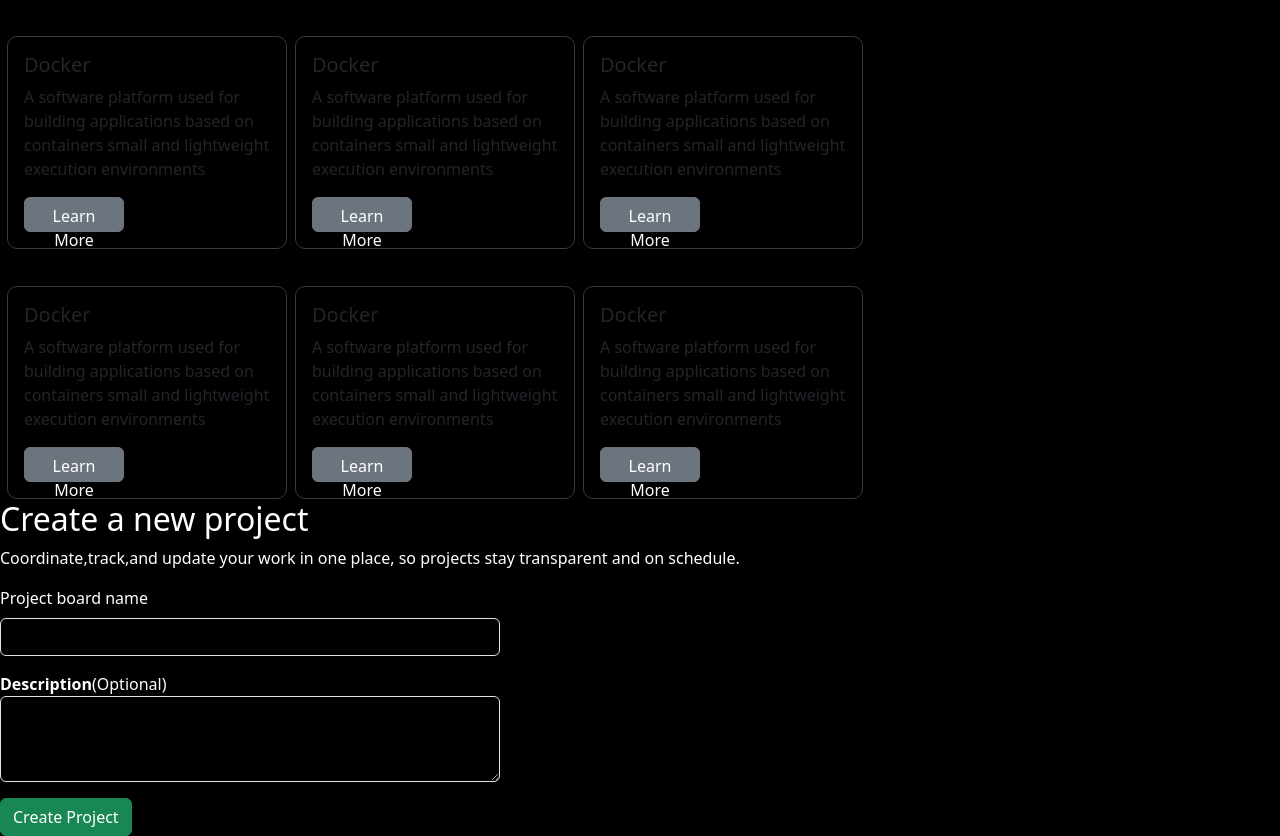
Repository: NSS-Evening-25-Cohort/e25-gitsub-control-alt-defeat
Page: index.html
These files come from the project's save history. The page is drawn as it stood at one moment and after the next save; the edit follows.
The browser window is 1280 px wide. The pictures show the whole page.

Above is the page before, as saved 2023-11-07 19:28:24.

After the next save:
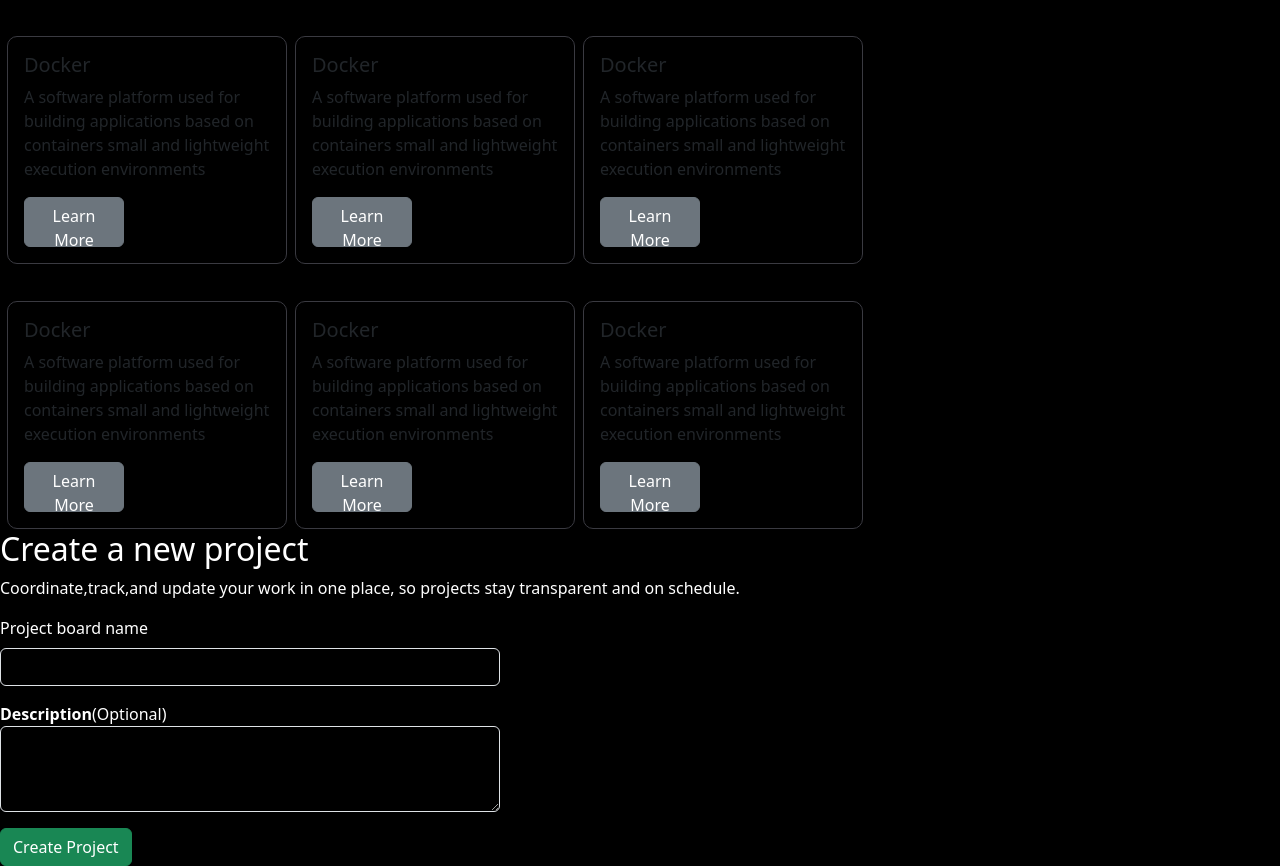
Saved 6 s later.
--- a/main.css
+++ b/main.css
@@ -35,5 +35,5 @@
 
 .btn-secondary{
   width: 100px;
-  height: 35px;
+  height: 50px;
 }
